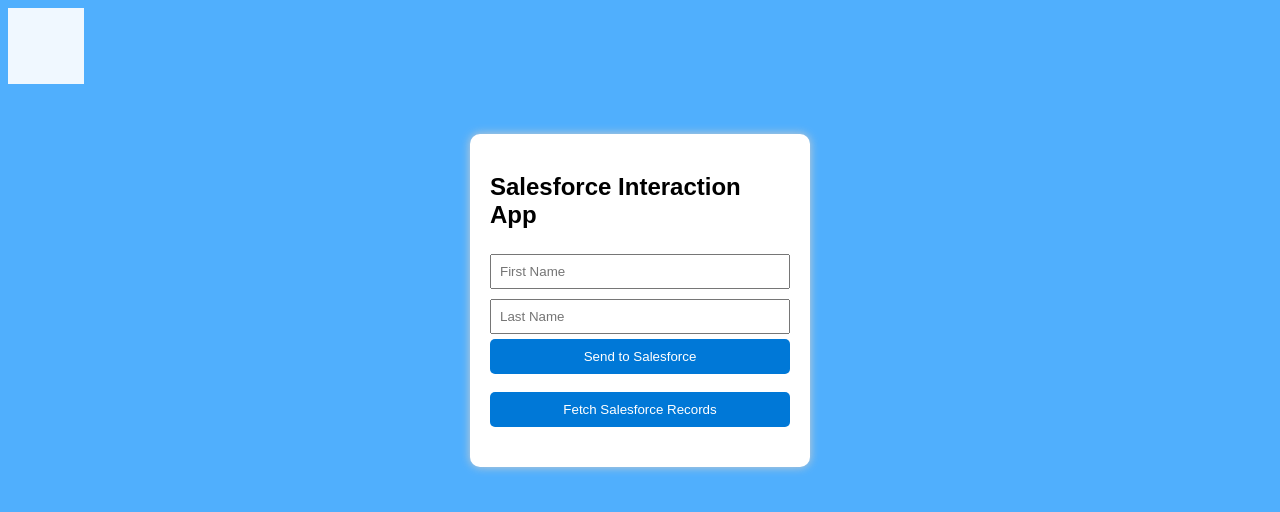
Repository: PamodaW/SalesforceSync
Page: Client/index.html
These files come from the project's save history. The page is drawn as it stood at one moment and after the next save; the edit follows.
The browser window is 1280 px wide. The pictures show the whole page.

Above is the page before, as saved 2024-11-20 14:44:47.

After the next save:
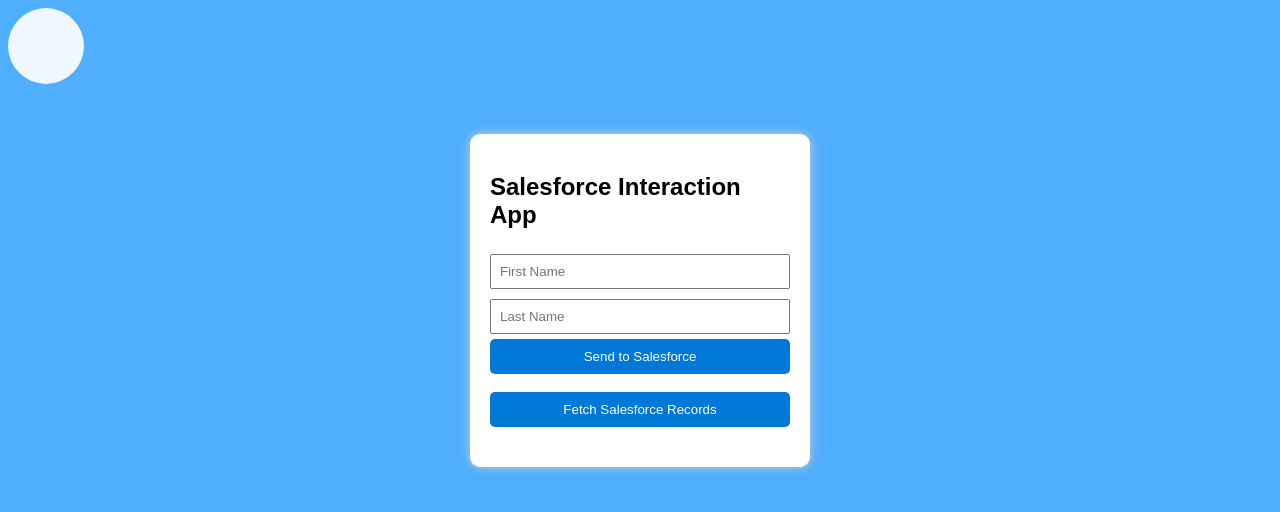
Saved 4 s later.
--- a/Client/style.css
+++ b/Client/style.css
@@ -41,5 +41,5 @@
     background-color: aliceblue;
     width: 2cm;
     height: 2cm;
-    border-radius: ;
+    border-radius: 2cm;
 }
